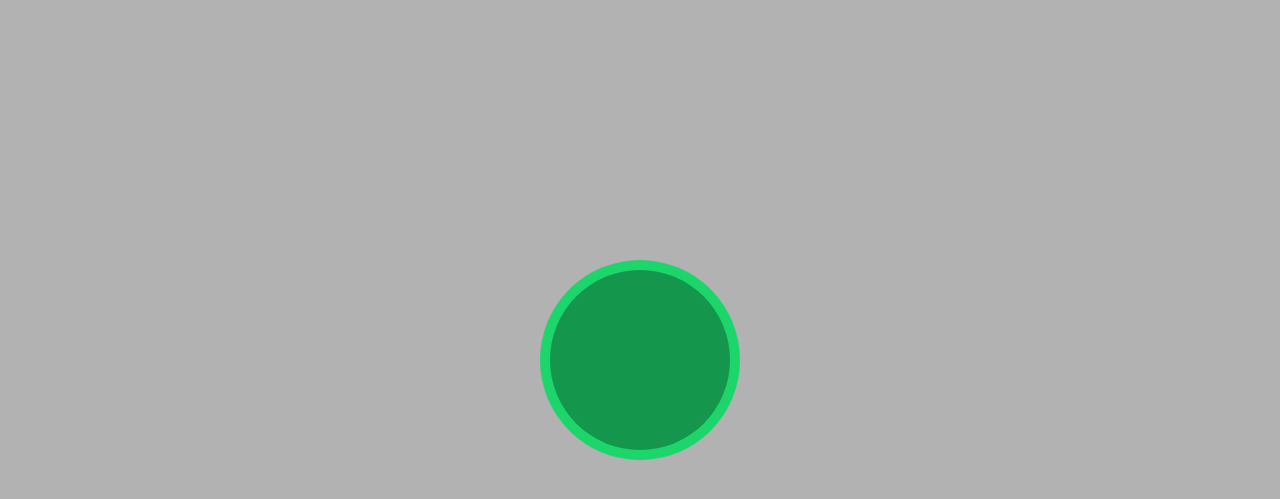
Repository: gyypwrs/css-practice
Page: adsorbed-circle/index.html
The author's editor kept a copy of each file at every save. The page is drawn from the files as they stood at one save, then again after the next save.
The browser window is 1280 px wide. The pictures show the whole page.

Above is the page before, as saved 2022-05-13 16:08:16.

### adsorbed-circle/index.html
<!--
 * @Descripttion:
 * @version:
 * @Author: Hongyu
 * @Date: 2022-05-13 15:49:25
 * @LastEditors: Hongyu
 * @LastEditTime: 2022-05-13 16:07:45
-->
<!DOCTYPE html>
<html lang="zh-CN">

<head>
  <meta charset="UTF-8">
  <meta http-equiv="X-UA-Compatible" content="IE=edge">
  <meta name="viewport" content="width=device-width, initial-scale=1.0">
  <title>Document</title>
  <style>
    * {
      margin: 0;
      padding: 0;
      box-sizing: border-box;
    }
    canvas {
      display: block;
      background-color: rgba(0, 0, 0, 0.3);
    }
  </style>
</head>

<body>
  <canvas id="canvas"></canvas>
  <script>
    var canvas = document.querySelector("#canvas");
    var ctx = canvas.getContext("2d");
    var width = 0
    var height = 0
    // var mouseX = 0
    // var mouseY= 0
    // window.onresize = resizeCanvas;

    function resizeCanvas() {
      width = canvas.width = window.innerWidth;
      height = canvas.height = window.innerHeight;
    }
    resizeCanvas()
    function drawRing() {
      ctx.beginPath()
      ctx.arc(width/2, height/2, 100, 0 ,2*Math.PI)
      ctx.fillStyle="#1cd66c"
      ctx.fill()
      ctx.beginPath()
      ctx.arc(width/2, height/2, 90, 0 ,2*Math.PI)
      ctx.fillStyle="rgba(0, 0, 0, 0.3)"
      ctx.fill()
      // ctx.stroke()

    }
    drawRing()
    // function drawCircle(x,y) {
    //   ctx.beginPath();
    //   ctx.arc(x,y,50,0,2*Math.PI);
    //   var gradient=ctx.createLinearGradient(0,0,width,0);
    //   gradient.addColorStop("0","magenta");
    //   gradient.addColorStop("0.5","blue");
    //   gradient.addColorStop("1.0","red");
    //   // Fill with gradient
    //   ctx.strokeStyle=gradient;
    //   ctx.stroke();
    // }
    // window.addEventListener('mousemove',function(event){
    //         mouseX = event.clientX;
    //         mouseY = event.clientY;
    //   })
    // // drawCircle()
    // setInterval(function(){
    //   ctx.fillStyle = 'rgba(39,64,139,0.5)';
    //   ctx.fillRect(0,0,width,height);
    //   drawCircle(mouseX,mouseY)
    //   /*  draw(); */
    // },100)
  </script>
</body>

</html>

After the next save:
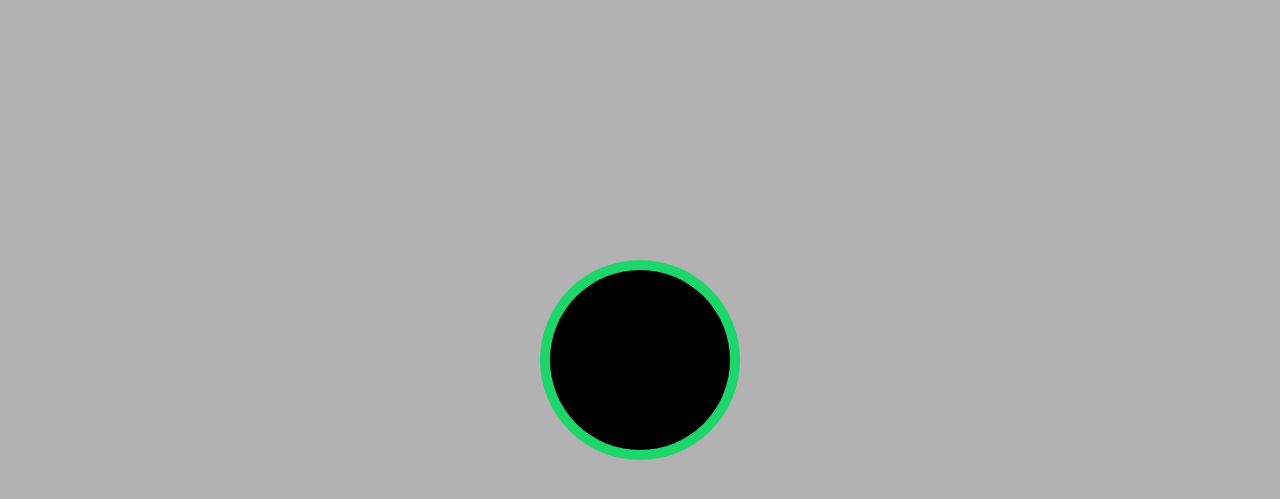
Saved 65 s later.
--- a/adsorbed-circle/index.html
+++ b/adsorbed-circle/index.html
@@ -4,7 +4,7 @@
  * @Author: Hongyu
  * @Date: 2022-05-13 15:49:25
  * @LastEditors: Hongyu
- * @LastEditTime: 2022-05-13 16:07:45
+ * @LastEditTime: 2022-05-13 16:09:21
 -->
 <!DOCTYPE html>
 <html lang="zh-CN">
@@ -50,7 +50,7 @@
       ctx.fill()
       ctx.beginPath()
       ctx.arc(width/2, height/2, 90, 0 ,2*Math.PI)
-      ctx.fillStyle="rgba(0, 0, 0, 0.3)"
+      ctx.fillStyle="rgba(0, 0, 0)"
       ctx.fill()
       // ctx.stroke()
 
